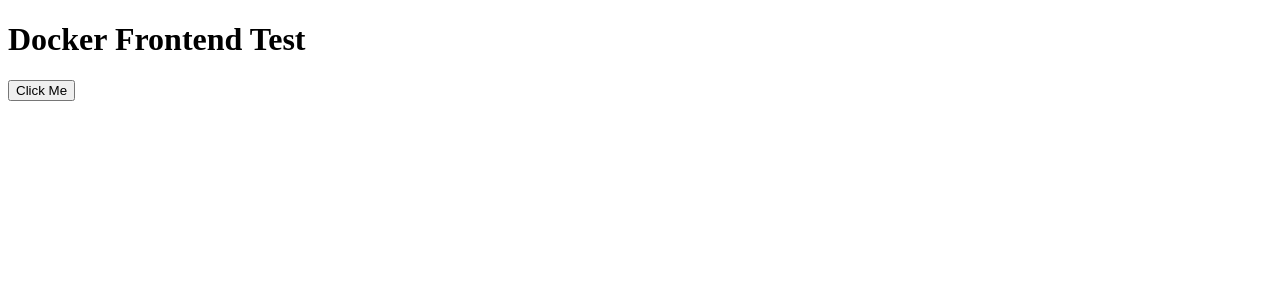
Repository: pimbp/doc_assign
Page: Frontend/index.html
An editor plug-in stored every save of this project. The page is shown before and after the next save, followed by the edit.
The browser window is 1280 px wide. The pictures show the whole page.

Above is the page before, as saved 2026-02-25 16:31:13.

After the next save:
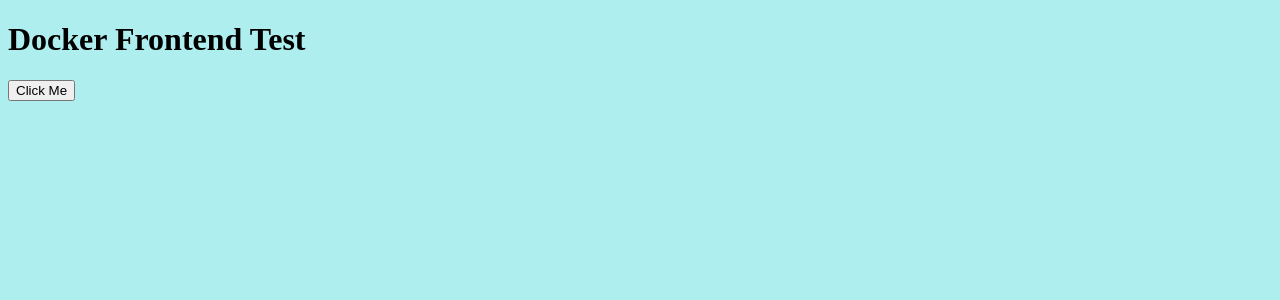
Saved 5 s later.
--- a/Frontend/style/fancy.css
+++ b/Frontend/style/fancy.css
@@ -1 +1 @@
-body { background-color: pi; }
+body { background-color: paleturquoise; }
